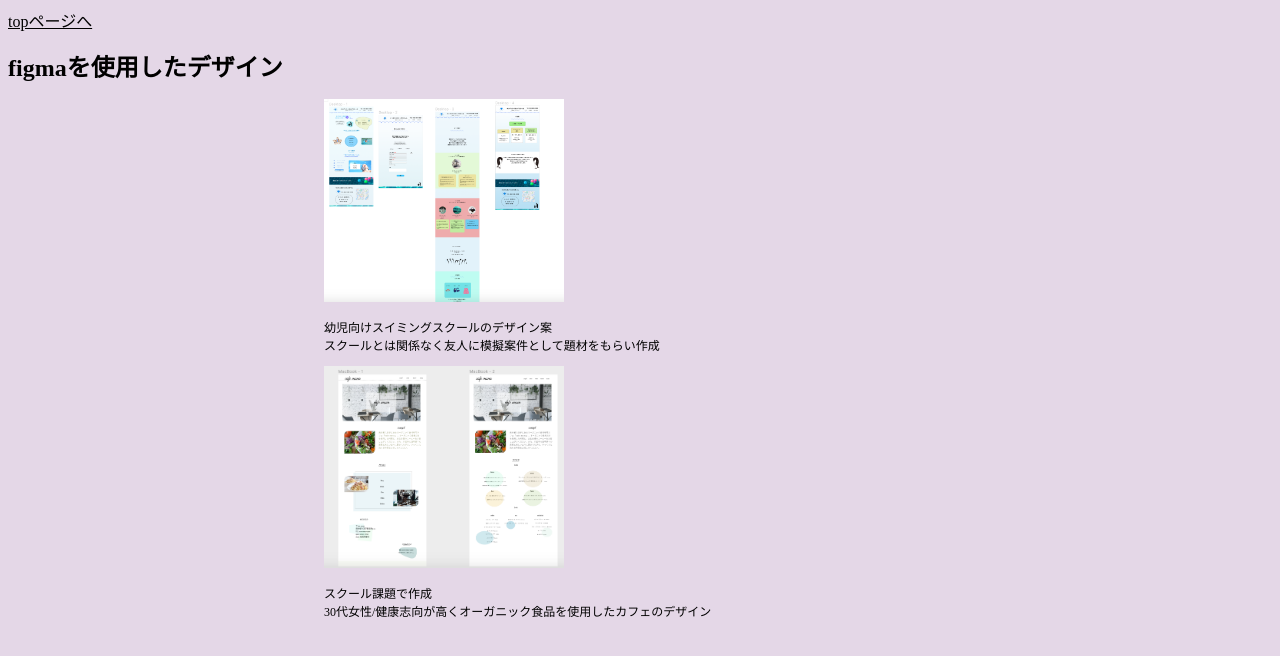
Repository: oninopantsu/onomann
Page: figma.html
The author's editor kept a copy of each file at every save. The page is drawn from the files as they stood at one save, then again after the next save.
The browser window is 1280 px wide. The pictures show the whole page.

Above is the page before, as saved 2021-08-30 04:46:54.

### figma.html
<!DOCTYPE html>
<html lang="ja">
<head>
  <meta charset="UTF-8">
  <meta http-equiv="X-UA-Compatible" content="IE=edge">
  <meta name="viewport" content="width=device-width, initial-scale=1.0">
  <link rel="stylesheet" href="figma/styles.css">
  <title>figmaを使用したデザイン</title>
</head>
<body>
  <nav>
    <a href="index.html">topページへ
    </a>
  </nav>

  <main>

    <h1>figmaを使用したデザイン</h1>

    <div class="items">


      <a href="https://www.figma.com/file/XY01fwkQDAkL8OazeEc67t/Untitled?node-id=0%3A1"><img src="img/スイミングスクールデザイン.png" alt=""></a>
      <p>幼児向けスイミングスクールのデザイン案
        <br>スクールとは関係なく友人に模擬案件として題材をもらい作成
      </p>

      <a href="https://www.figma.com/file/KXfvIzwfq0REqEZ7dxTu8g/cafe-mona-p?node-id=0%3A1"><img src="img/カフェサイトデザイン.png" alt=""></a>
      <p>スクール課題で作成
        <br>30代女性/健康志向が高くオーガニック食品を使用したカフェのデザイン
      </p>

    </div>
  </main>

</body>
</html>

### figma/styles.css
body {
 background-color: #e4d7e7;

}
main {
  width: 100%;
}

h1 {
  font-size: 24px;
}
nav a {
  color: black;
}

.items {
  width: 50%;
  margin: 0 auto;

}

img {
  width: 240px;
}

p {
  font-size: 12px;
}

After the next save:
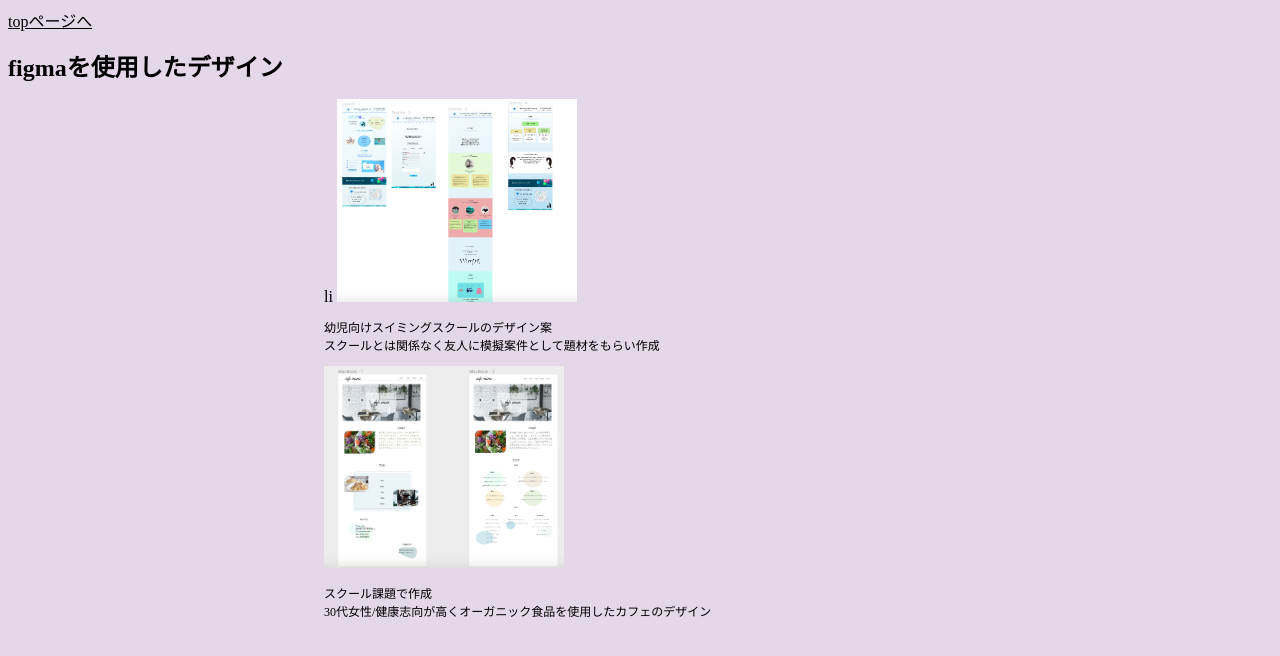
Saved 118 s later.
--- a/figma.html
+++ b/figma.html
@@ -19,7 +19,7 @@
 
     <div class="items">
 
-
+  li
       <a href="https://www.figma.com/file/XY01fwkQDAkL8OazeEc67t/Untitled?node-id=0%3A1"><img src="img/スイミングスクールデザイン.png" alt=""></a>
       <p>幼児向けスイミングスクールのデザイン案
         <br>スクールとは関係なく友人に模擬案件として題材をもらい作成

After the 3 saves that followed:
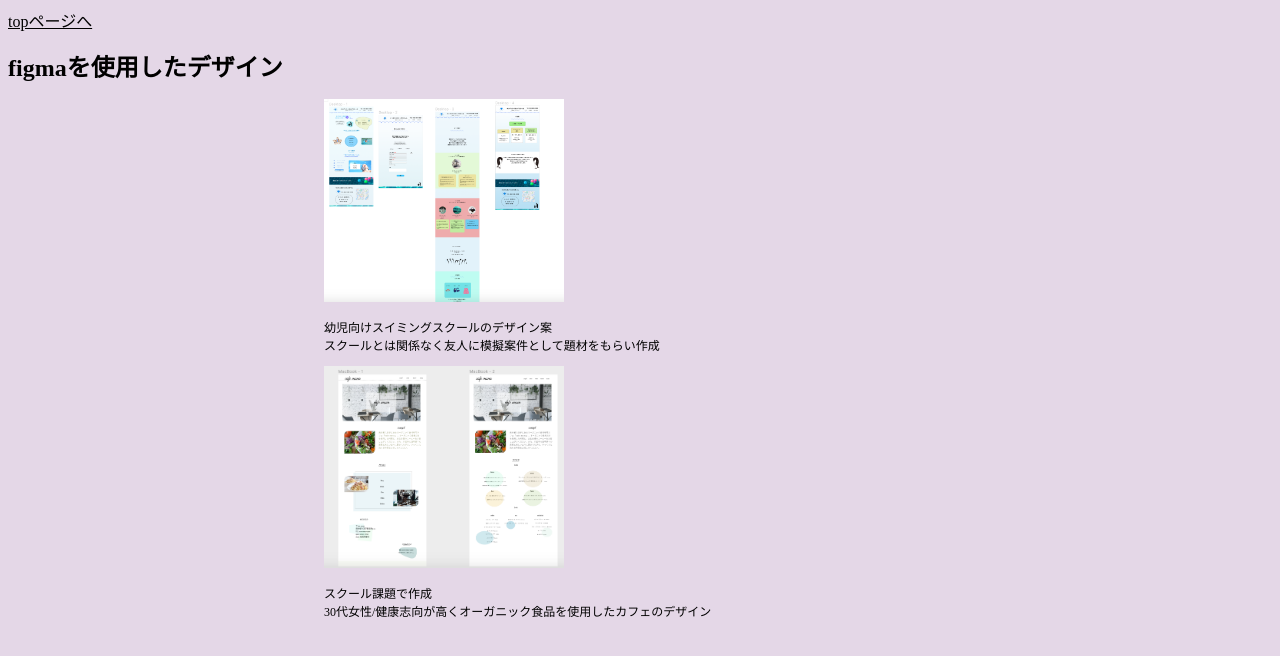
The 3 saves are shown as one change because they came seconds apart.
The last was saved 11 s later.
--- a/figma.html
+++ b/figma.html
@@ -19,7 +19,7 @@
 
     <div class="items">
 
-  li
+  <a href=""></a>
       <a href="https://www.figma.com/file/XY01fwkQDAkL8OazeEc67t/Untitled?node-id=0%3A1"><img src="img/スイミングスクールデザイン.png" alt=""></a>
       <p>幼児向けスイミングスクールのデザイン案
         <br>スクールとは関係なく友人に模擬案件として題材をもらい作成
